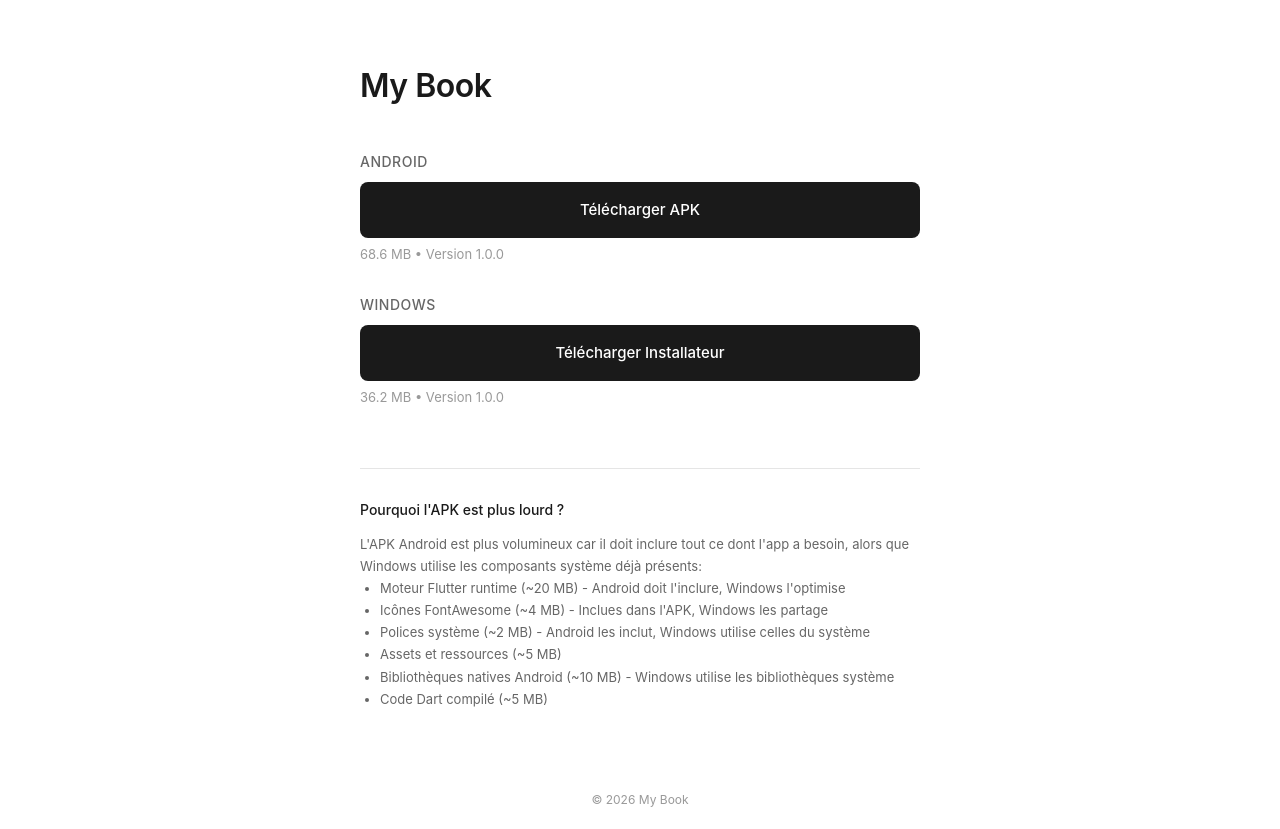
Repository: Deogratiasdev/app
Page: test.html
The author's editor kept a copy of each file at every save. The page is drawn from the files as they stood at one save, then again after the next save.
The browser window is 1280 px wide. The pictures show the whole page.

Above is the page before, as saved 2026-04-11 23:41:22.

### test.html
<!DOCTYPE html>
<html lang="fr">
<head>
    <meta charset="UTF-8">
    <meta name="viewport" content="width=device-width, initial-scale=1.0">
    <title>My Book - Téléchargement</title>
    <style>
        * {
            margin: 0;
            padding: 0;
            box-sizing: border-box;
        }
        body {
            font-family: -apple-system, BlinkMacSystemFont, "Segoe UI", Roboto, sans-serif;
            background: #ffffff;
            color: #1a1a1a;
            line-height: 1.6;
            min-height: 100vh;
            display: flex;
            flex-direction: column;
        }
        .container {
            max-width: 600px;
            margin: 0 auto;
            padding: 60px 20px;
            flex: 1;
        }
        h1 {
            font-size: 32px;
            font-weight: 600;
            margin-bottom: 40px;
            letter-spacing: -0.5px;
        }
        .download-section {
            margin-bottom: 30px;
        }
        .download-section h2 {
            font-size: 14px;
            font-weight: 500;
            color: #666;
            margin-bottom: 8px;
            text-transform: uppercase;
            letter-spacing: 0.5px;
        }
        .download-btn {
            display: block;
            width: 100%;
            padding: 16px 24px;
            background: #1a1a1a;
            color: #ffffff;
            text-decoration: none;
            font-size: 15px;
            font-weight: 500;
            border: none;
            border-radius: 8px;
            transition: background 0.2s ease;
            text-align: center;
        }
        .download-btn:hover {
            background: #333;
        }
        .download-info {
            font-size: 13px;
            color: #999;
            margin-top: 6px;
        }
        .info-section {
            margin-top: 60px;
            padding-top: 30px;
            border-top: 1px solid #e5e5e5;
        }
        .info-section h3 {
            font-size: 14px;
            font-weight: 500;
            margin-bottom: 12px;
        }
        .info-section p {
            font-size: 13px;
            color: #666;
            line-height: 1.7;
        }
        .info-section ul {
            font-size: 13px;
            color: #666;
            line-height: 1.7;
            margin-left: 20px;
        }
        .footer {
            text-align: center;
            padding: 20px;
            font-size: 12px;
            color: #999;
        }
    </style>
</head>
<body>
    <div class="container">
        <h1>My Book</h1>

        <div class="download-section">
            <h2>Android</h2>
            <a href="https://github.com/Deogratiasdev/app/raw/main/releases/MyBook.apk" download class="download-btn">Télécharger APK</a>
            <p class="download-info">68.6 MB • Version 1.0.0</p>
        </div>

        <div class="download-section">
            <h2>Windows</h2>
            <a href="https://github.com/Deogratiasdev/app/raw/main/releases/MyBook_Setup.exe" download class="download-btn">Télécharger Installateur</a>
            <p class="download-info">36.2 MB • Version 1.0.0</p>
        </div>

        <div class="info-section">
            <h3>Pourquoi l'APK est plus lourd ?</h3>
            <p>L'APK Android est plus volumineux car il doit inclure tout ce dont l'app a besoin, alors que Windows utilise les composants système déjà présents:</p>
            <ul>
                <li>Moteur Flutter runtime (~20 MB) - Android doit l'inclure, Windows l'optimise</li>
                <li>Icônes FontAwesome (~4 MB) - Inclues dans l'APK, Windows les partage</li>
                <li>Polices système (~2 MB) - Android les inclut, Windows utilise celles du système</li>
                <li>Assets et ressources (~5 MB)</li>
                <li>Bibliothèques natives Android (~10 MB) - Windows utilise les bibliothèques système</li>
                <li>Code Dart compilé (~5 MB)</li>
            </ul>
        </div>
    </div>

    <div class="footer">
        © 2026 My Book
    </div>
</body>
</html>

After the next save:
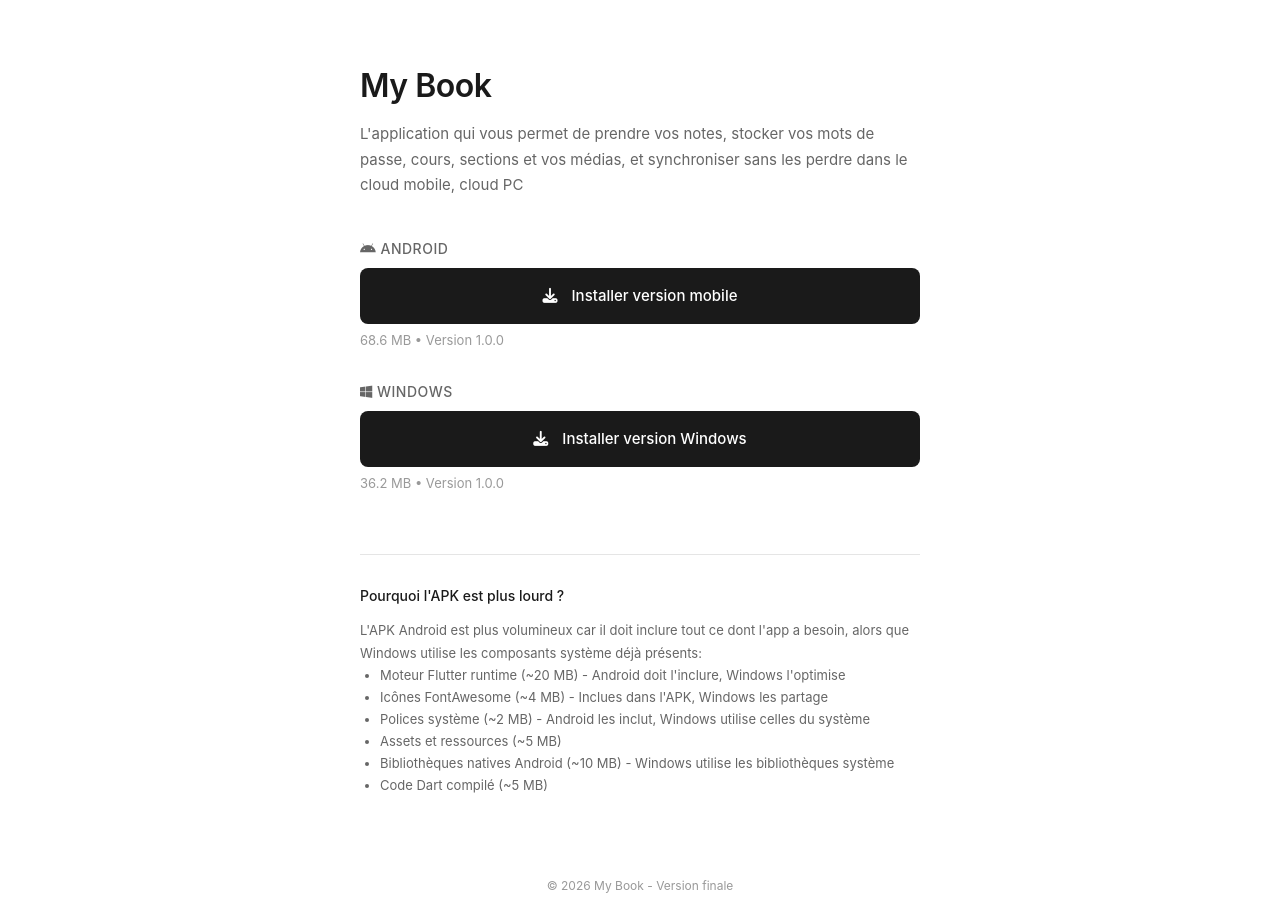
Saved 6 min 5 s later.
--- a/test.html
+++ b/test.html
@@ -4,6 +4,7 @@
     <meta charset="UTF-8">
     <meta name="viewport" content="width=device-width, initial-scale=1.0">
     <title>My Book - Téléchargement</title>
+    <link rel="stylesheet" href="https://cdnjs.cloudflare.com/ajax/libs/font-awesome/6.4.0/css/all.min.css">
     <style>
         * {
             margin: 0;
@@ -28,8 +29,14 @@
         h1 {
             font-size: 32px;
             font-weight: 600;
+            margin-bottom: 10px;
+            letter-spacing: -0.5px;
+        }
+        .description {
+            font-size: 15px;
+            color: #666;
             margin-bottom: 40px;
-            letter-spacing: -0.5px;
+            line-height: 1.7;
         }
         .download-section {
             margin-bottom: 30px;
@@ -58,6 +65,9 @@
         }
         .download-btn:hover {
             background: #333;
+        }
+        .download-btn i {
+            margin-right: 10px;
         }
         .download-info {
             font-size: 13px;
@@ -96,16 +106,17 @@
 <body>
     <div class="container">
         <h1>My Book</h1>
+        <p class="description">L'application qui vous permet de prendre vos notes, stocker vos mots de passe, cours, sections et vos médias, et synchroniser sans les perdre dans le cloud mobile, cloud PC</p>
 
         <div class="download-section">
-            <h2>Android</h2>
-            <a href="https://github.com/Deogratiasdev/app/raw/main/releases/MyBook.apk" download class="download-btn">Télécharger APK</a>
+            <h2><i class="fab fa-android"></i> Android</h2>
+            <a href="https://github.com/Deogratiasdev/app/raw/main/releases/MyBook.apk" download class="download-btn"><i class="fas fa-download"></i> Installer version mobile</a>
             <p class="download-info">68.6 MB • Version 1.0.0</p>
         </div>
 
         <div class="download-section">
-            <h2>Windows</h2>
-            <a href="https://github.com/Deogratiasdev/app/raw/main/releases/MyBook_Setup.exe" download class="download-btn">Télécharger Installateur</a>
+            <h2><i class="fab fa-windows"></i> Windows</h2>
+            <a href="https://github.com/Deogratiasdev/app/raw/main/releases/MyBook_Setup.exe" download class="download-btn"><i class="fas fa-download"></i> Installer version Windows</a>
             <p class="download-info">36.2 MB • Version 1.0.0</p>
         </div>
 
@@ -124,7 +135,7 @@
     </div>
 
     <div class="footer">
-        © 2026 My Book
+        © 2026 My Book - Version finale
     </div>
 </body>
 </html>
